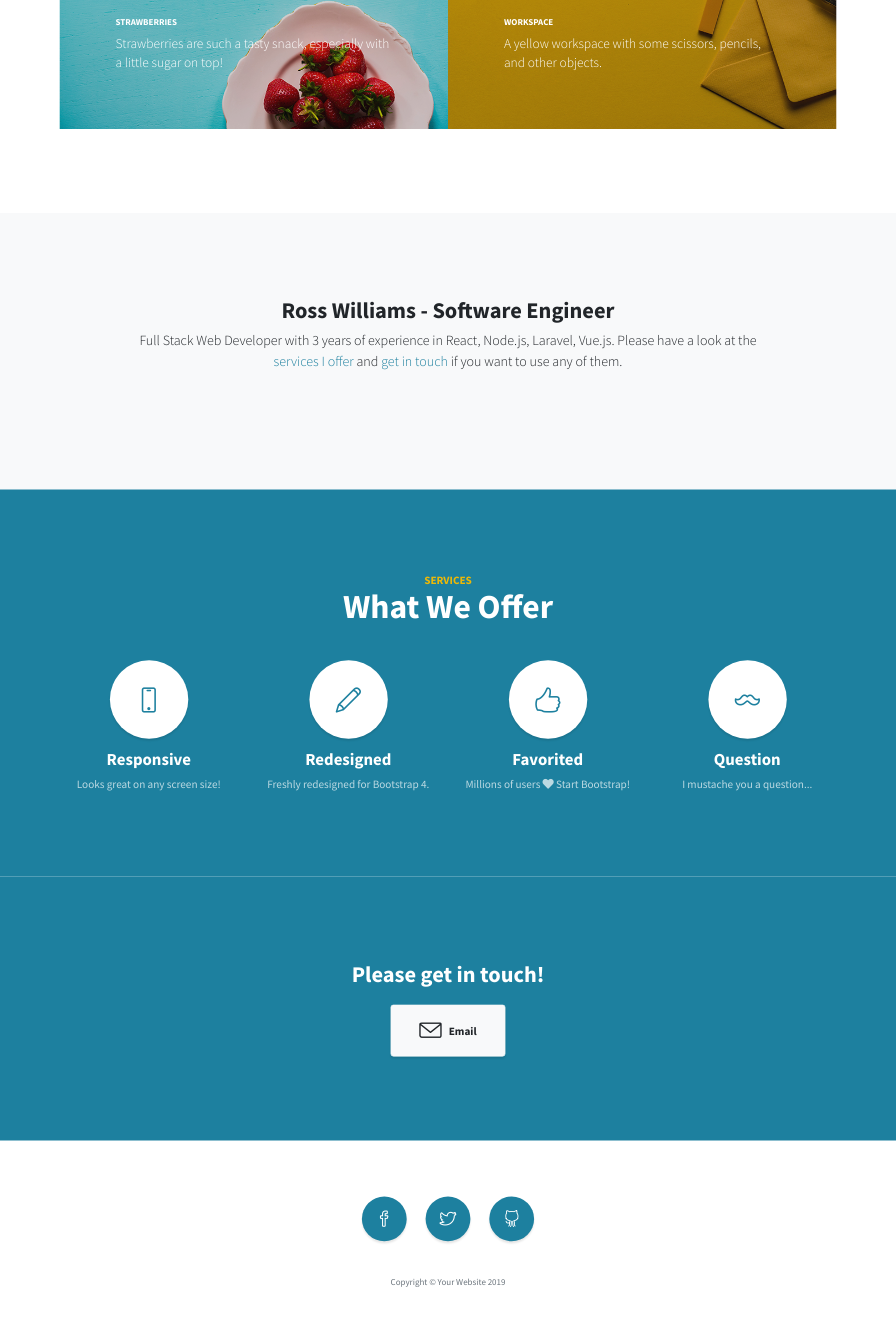
Repository: Williams94/Williams94.github.io
Page: index.html
An editor plug-in stored every save of this project. The page is shown before and after the next save, followed by the edit.
The browser window is 1280 px wide. The pictures show the part of the page from y = 1576 to 3496 px (the page is 3496 px tall), at 70% of full size.
A picture or video elsewhere on the page could not be fetched, so the positions and the page height are approximate.

Above is the page before, as saved 2019-07-06 13:54:09.

After the next save:
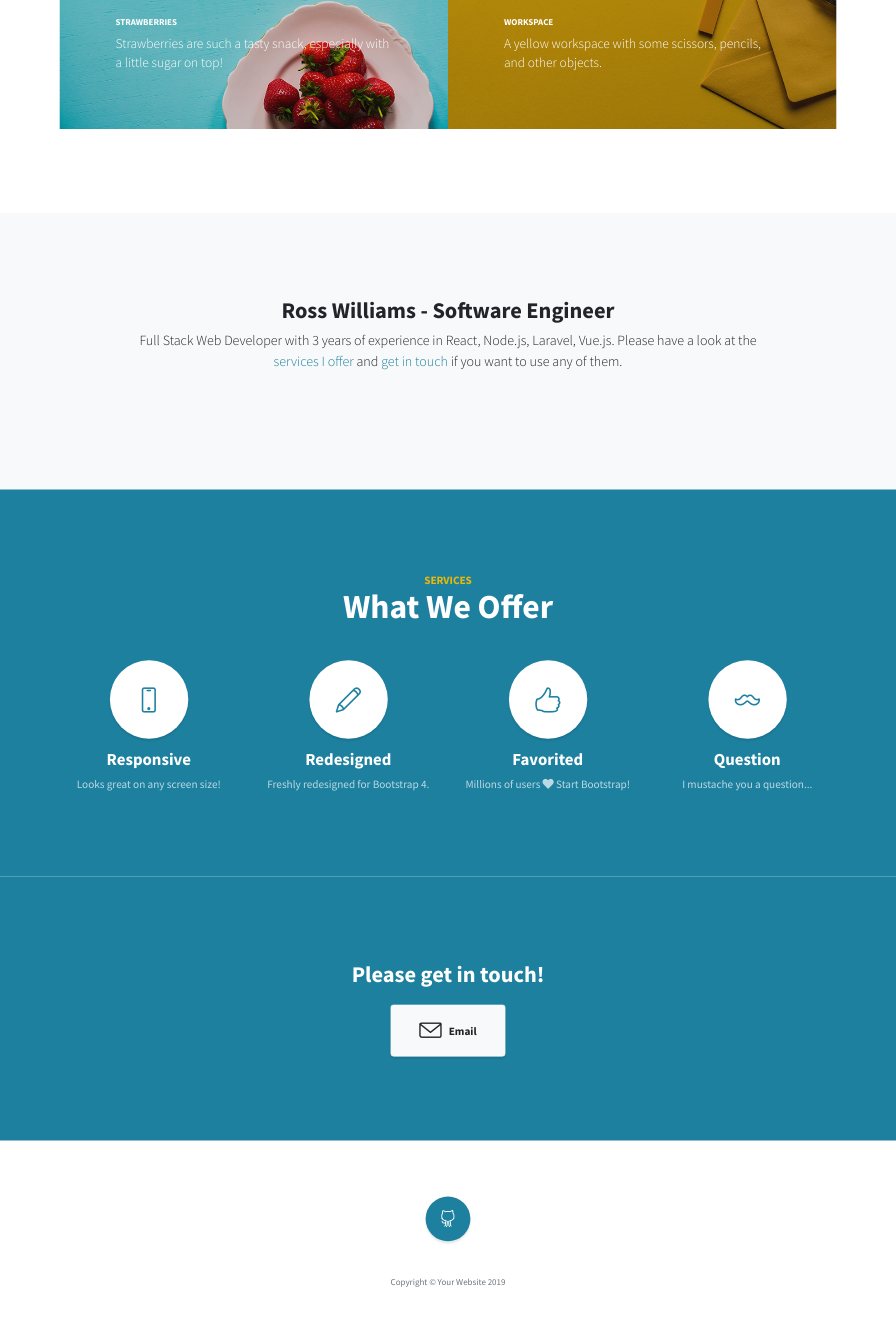
Saved 33 s later.
--- a/index.html
+++ b/index.html
@@ -234,17 +234,7 @@
     <div class="container">
       <ul class="list-inline mb-5">
         <li class="list-inline-item">
-          <a class="social-link rounded-circle text-white mr-3" href="#">
-            <i class="icon-social-facebook"></i>
-          </a>
-        </li>
-        <li class="list-inline-item">
-          <a class="social-link rounded-circle text-white mr-3" href="#">
-            <i class="icon-social-twitter"></i>
-          </a>
-        </li>
-        <li class="list-inline-item">
-          <a class="social-link rounded-circle text-white" href="#">
+          <a class="social-link rounded-circle text-white" href="https://github.com/Williams94">
             <i class="icon-social-github"></i>
           </a>
         </li>
